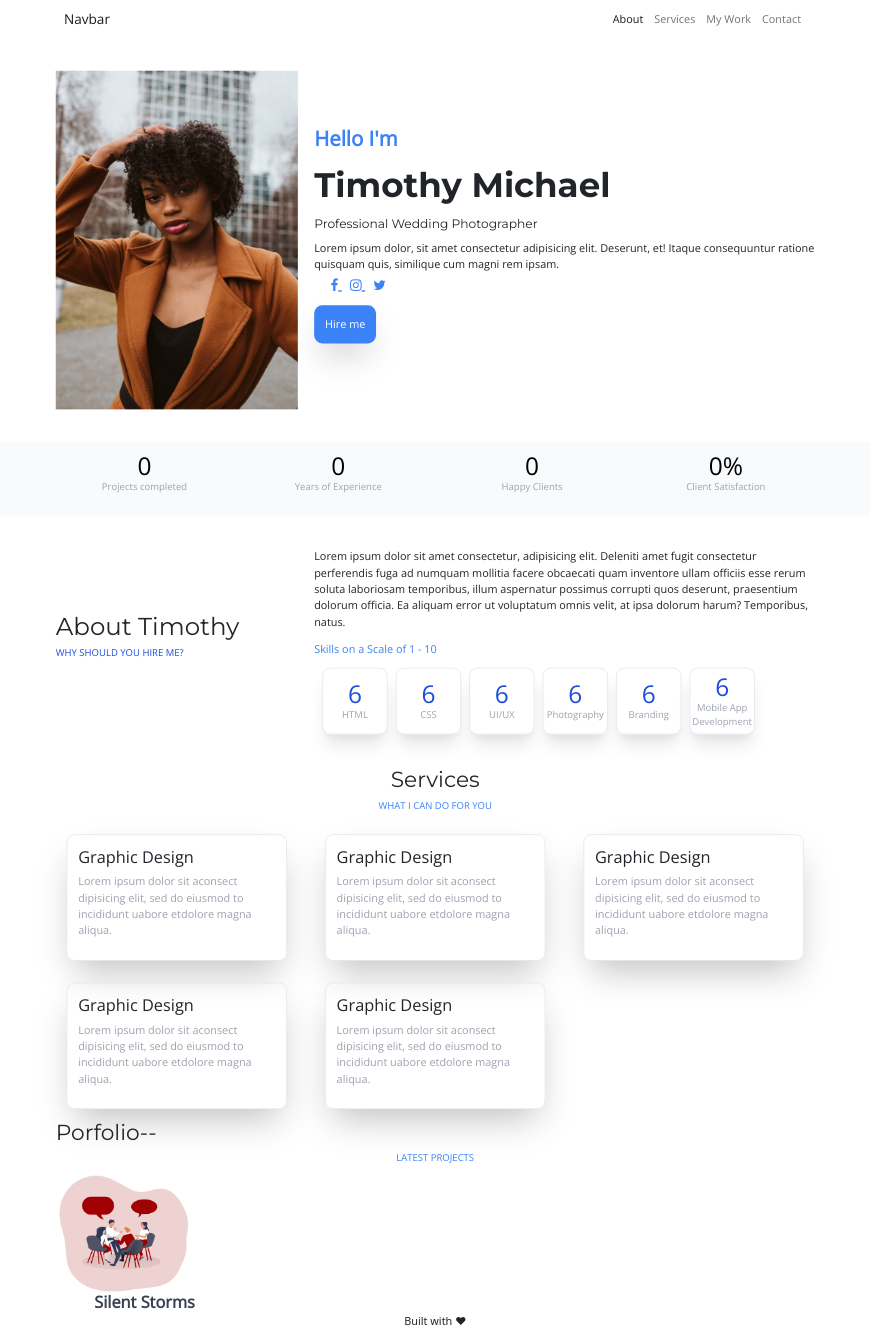
Repository: latenightsnacc/giggles
Page: HTML/freelancer.html
The author's editor kept a copy of each file at every save. The page is drawn from the files as they stood at one save, then again after the next save.
The browser window is 1280 px wide. The pictures show the whole page, at 68% of full size.
Some web libraries are served in a nearby version.

Above is the page before, as saved 2021-01-03 16:47:34.

### HTML/freelancer.html
<!DOCTYPE html>
<html lang="en">
<head>
    <meta charset="UTF-8">
    <meta name="viewport" content="width=device-width, initial-scale=1.0">
    <link href="https://cdnjs.cloudflare.com/ajax/libs/tailwindcss/2.0.2/tailwind.min.css" rel="stylesheet">
    <link rel="stylesheet" href="https://stackpath.bootstrapcdn.com/font-awesome/4.7.0/css/font-awesome.min.css" />
    <link href="https://cdn.jsdelivr.net/npm/bootstrap@5.0.0-beta1/dist/css/bootstrap.min.css" rel="stylesheet" integrity="sha384-giJF6kkoqNQ00vy+HMDP7azOuL0xtbfIcaT9wjKHr8RbDVddVHyTfAAsrekwKmP1" crossorigin="anonymous">
    <link rel="stylesheet" href="stylesheet.css">
    <title>Freelancer Page</title>
</head>
<body class="overflow-x-hidden">
    <header class="container">
        <nav class="navbar navbar-expand-lg navbar-light bg-white">
            <div class="container-fluid">
              <a class="navbar-brand" href="#">Navbar</a>
              <button class="navbar-toggler" type="button" data-bs-toggle="collapse" data-bs-target="#navbarNavDropdown" aria-controls="navbarNavDropdown" aria-expanded="false" aria-label="Toggle navigation">
                <span class="navbar-toggler-icon"></span>
              </button>
              <div class="collapse navbar-collapse" id="navbarNavDropdown">
                <ul class="navbar-nav ml-auto">
                  <li class="nav-item">
                    <a class="nav-link active" aria-current="page" href="#">About</a>
                  </li>
                  <li class="nav-item">
                    <a class="nav-link" href="#">Services</a>
                  </li>
                  <li class="nav-item">
                    <a class="nav-link" href="#">My Work</a>
                  </li>
                  <li class="nav-item">
                    <a class="nav-link" href="#">Contact</a>
                  </li>
                  <!-- <li class="nav-item dropdown">
                    <a class="nav-link dropdown-toggle" href="#" id="navbarDropdownMenuLink" role="button" data-bs-toggle="dropdown" aria-expanded="false">
                      Dropdown link
                    </a>
                    <ul class="dropdown-menu" aria-labelledby="navbarDropdownMenuLink">
                      <li><a class="dropdown-item" href="#">Action</a></li>
                      <li><a class="dropdown-item" href="#">Another action</a></li>
                      <li><a class="dropdown-item" href="#">Something else here</a></li>
                    </ul>
                  </li> -->
                </ul>
              </div>
            </div>
        </nav>
    </header>
    <main>
        <!--User Banner-->
        <div class="container mt-5">
            <div class="row flex items-center h-auto">
                <div class="col-sm-12 col-md-4 col-lg-4 col-xl-4">
                    <img src="assets/userDp.jpg" alt="Profile Picture">
                </div>
                <div class="col-sm-12 col-md-8 col-lg-8 col-xl-8">
                    <div class="user-info">
                        <span class="semi-bold text-blue-500 py-10">Hello I'm</span>
                        <h1>Timothy Michael</h1>
                        <h2>Professional Wedding Photographer</h2>
                        <p>Lorem ipsum dolor, sit amet consectetur adipisicing elit. Deserunt, et! Itaque consequuntur ratione quisquam quis, similique cum magni rem ipsam.</p>
                        <div class="container">
                            <a href="#" class="text-xl mr-auto text-blue-500 hover:text-blue-700">
                                <i class="fa fa-facebook-f"></i>
                            </a>
                            <a href="#" class="text-xl ml-3 text-blue-500 hover:text-blue-700">
                                <i class="fa fa-instagram"></i>
                            </a>
                            <a href="#" class="text-xl ml-3 text-blue-500 hover:text-blue-700">
                                <i class="fa fa-twitter"></i>
                            </a>
                        </div>
                        <button class="bg-blue-500 hover:bg-blue-700 text-white p-3 semi-bold rounded-xl shadow-2xl my-3">Hire me</button>
                    </div>
                </div>
            </div>
        </div>
        <!--User Statisitics-->
        <div class="stats w-full bg-gray-50 flex items-center h-auto py-3 mt-5">
            <div class="container">
                <div class="row">
                    <div class="stat-box col text-center">
                        <div class="bold text-4xl text-black">0</div>
                        <p class="text-sm text-gray-400">Projects completed</p>

                    </div>
                    <div class="stat-box col text-center">
                        <div class="bold text-4xl text-black">0</div>
                        <p class="text-sm text-gray-400">Years of Experience</p>
                    </div>
                    <div class="stat-box col text-center">
                        <div class="bold text-4xl text-black">0</div>
                        <p class="text-sm text-gray-400">Happy Clients</p>
                    </div>
                    <div class="stat-box col text-center">
                        <div class="bold text-4xl text-black">0%</div>
                        <p class="text-sm text-gray-400">Client Satisfaction</p>
                    </div>
                </div>
            </div>
        </div>
        <!--About User-->
        <div class="container">
            <div class="row h-auto flex flex-row items-center">
                <div class="col-sm-12 col-md-6 col-lg-4 col-xl-4 pt-5">
                    <h3 class="text-4xl">About Timothy</h3>
                    <p class="text-sm text-blue-700 uppercase semi-bold">Why should you hire me?</p>
                </div>
                <div class="col-sm-12 col-md-6 col-lg-8 col-xl-8 pt-5">
                    <p>Lorem ipsum dolor sit amet consectetur, adipisicing elit. Deleniti amet fugit consectetur perferendis fuga ad numquam mollitia facere obcaecati quam inventore ullam officiis esse rerum soluta laboriosam temporibus, illum aspernatur possimus corrupti quos deserunt, praesentium dolorum officia. Ea aliquam error ut voluptatum omnis velit, at ipsa dolorum harum? Temporibus, natus.</p>
                    <span class="bold text-blue-500">Skills on a Scale of 1 - 10</span>
                    <div class="d-flex flex-wrap">
                        <div class="skill-box shadow-xl max-w-sm w-24 p-2 ml-3 mt-3 border border-gray-100 rounded-xl flex flex-col items-center justify-center text-center">

                            <span class="text-blue-700 bold text-4xl">6</span>
                            <div class="text-sm text-gray-400">HTML</div>
                        </div>
                        <div class="skill-box shadow-xl max-w-sm w-24 p-2 ml-3 mt-3 border border-gray-100 rounded-xl flex flex-col items-center justify-center text-center">

                            <span class="text-blue-700 bold text-4xl">6</span>
                            <div class="text-sm text-gray-400">CSS</div>
                        </div>
                        <div class="skill-box shadow-xl max-w-sm w-24 p-2 ml-3 mt-3 border border-gray-100 rounded-xl flex flex-col items-center justify-center text-center">

                            <span class="text-blue-700 bold text-4xl">6</span>
                            <div class="text-sm text-gray-400">UI/UX</div>
                        </div>
                        <div class="skill-box shadow-xl max-w-sm w-24 p-2 ml-3 mt-3 border border-gray-100 rounded-xl flex flex-col items-center justify-center text-center">

                            <span class="text-blue-700 bold text-4xl">6</span>
                            <div class="text-sm text-gray-400">Photography</div>
                        </div>
                        <div class="skill-box shadow-xl max-w-sm w-24 p-2 ml-3 mt-3 border border-gray-100 rounded-xl flex flex-col items-center justify-center text-center">

                            <span class="text-blue-700 bold text-4xl">6</span>
                            <div class="text-sm text-gray-400">Branding</div>
                        </div>
                        <div class="skill-box shadow-xl max-w-sm w-24 p-2 ml-3 mt-3 border border-gray-100 rounded-xl flex flex-col items-center justify-center text-center">

                            <span class="text-blue-700 bold text-4xl">6</span>
                            <div class="text-sm text-gray-400">Mobile App Development</div>
                        </div>
                    </div>
                </div>
            </div>
        </div>
        <!--Services User Provides-->
        <div class="container mt-5">
            <h2 class="text-center">Services</h2>
            <p class="text-blue-500 text-sm uppercase text-center uppercase">What I can do for you</p>
            <div class="row">
                <div class="col-xs-12 col-sm-12 col-md-3 col-lg-3 col-xl-4">
                    <div class="max-w-sm shadow-2xl border border-blue-300 rounded-xl p-3 m-3 hover:bg-blue-500 hover:text-white">
                        <div class="service-title text-2xl bold  pb-2">Graphic Design</div>
                        <p class="text-md text-gray-400 hover:text-gray-50">Lorem ipsum dolor sit aconsect dipisicing elit, sed do eiusmod to incididunt uabore etdolore magna aliqua.</p>
                    </div>
                </div>
                <div class="col-xs-12 col-sm-12 col-md-3 col-lg-3 col-xl-4">
                    <div class="max-w-sm shadow-2xl border border-blue-300 rounded-xl p-3 m-3 hover:bg-blue-500 hover:text-white">
                        <div class="service-title text-2xl bold  pb-2">Graphic Design</div>
                        <p class="text-md text-gray-400 hover:text-gray-50">Lorem ipsum dolor sit aconsect dipisicing elit, sed do eiusmod to incididunt uabore etdolore magna aliqua.</p>
                    </div>
                </div>
                <div class="col-xs-12 col-sm-12 col-md-3 col-lg-3 col-xl-4">
                    <div class="max-w-sm shadow-2xl border border-blue-300 rounded-xl p-3 m-3 hover:bg-blue-500 hover:text-white">
                        <div class="service-title text-2xl bold  pb-2">Graphic Design</div>
                        <p class="text-md text-gray-400 hover:text-gray-50">Lorem ipsum dolor sit aconsect dipisicing elit, sed do eiusmod to incididunt uabore etdolore magna aliqua.</p>
                    </div>
                </div>
                <div class="col-xs-12 col-sm-12 col-md-3 col-lg-3 col-xl-4">
                    <div class="max-w-sm shadow-2xl border border-blue-300 rounded-xl p-3 m-3 hover:bg-blue-500 hover:text-white">
                        <div class="service-title text-2xl bold  pb-2">Graphic Design</div>
                        <p class="text-md text-gray-400 hover:text-gray-50">Lorem ipsum dolor sit aconsect dipisicing elit, sed do eiusmod to incididunt uabore etdolore magna aliqua.</p>
                    </div>
                </div>
                <div class="col-xs-12 col-sm-12 col-md-3 col-lg-3 col-xl-4">
                    <div class="max-w-sm shadow-2xl border border-blue-300 rounded-xl p-3 m-3 hover:bg-blue-500 hover:text-white">
                        <div class="service-title text-2xl bold  pb-2">Graphic Design</div>
                        <p class="text-md text-gray-400 hover:text-gray-50">Lorem ipsum dolor sit aconsect dipisicing elit, sed do eiusmod to incididunt uabore etdolore magna aliqua.</p>
                    </div>
                </div>
            </div>

        </div>
        <!--Gallery / User Porfolio-->
        <div class="container">
            <h2 class="">Porfolio--</h2>
            <p class="text-blue-500 text-sm uppercase text-center uppercase">Latest Projects</p>
            <div class="row">
                <div class="col-xs-12 col-sm-12 col-md-6 col-lg-3 col-xl-3">
                    <a href="#" class="no-underline text-center">
                        <img src="assets/brainstorming_session__monochromatic.jpg" alt="latest project" />
                        <div class="title-project text-gray-700 bold text-2xl  font-semibold hover:text-blue-500">Silent Storms</div>
                    </a>
                </div>
            </div>
        </div>
    </main>
    <footer class="text-center">Built with &hearts; </footer>
    <script src="https://cdn.jsdelivr.net/npm/bootstrap@5.0.0-beta1/dist/js/bootstrap.bundle.min.js" integrity="sha384-ygbV9kiqUc6oa4msXn9868pTtWMgiQaeYH7/t7LECLbyPA2x65Kgf80OJFdroafW" crossorigin="anonymous"></script>

</body>
</html>

### HTML/stylesheet.css
@import url('https://fonts.googleapis.com/css2?family=Montserrat:wght@400;700&family=Open+Sans:wght@300;400&display=swap');

h1, h2, h3, h4, h5, h6 {
    font-family: 'Montserrat', sans-serif;
}
.user-info h1 {
    line-height: 60px;
    font-size: 50px;
    font-weight: 700;
    margin-top: 20px;
}
.user-info h2 {
    line-height: 27px;
    font-size: 18px;
    font-weight: 400;
    margin-top: 15px;
}
.user-info span {
    line-height: 36px;
    font-size: 30px;
    font-weight: 600;
}
.user-info p {
    margin: 5px 0;
}
.user-info button {
    margin-top: 10px;
}
p, div, a, button {
    font-family: 'Open Sans', sans-serif;
    font-weight: 300;
}

After the next save:
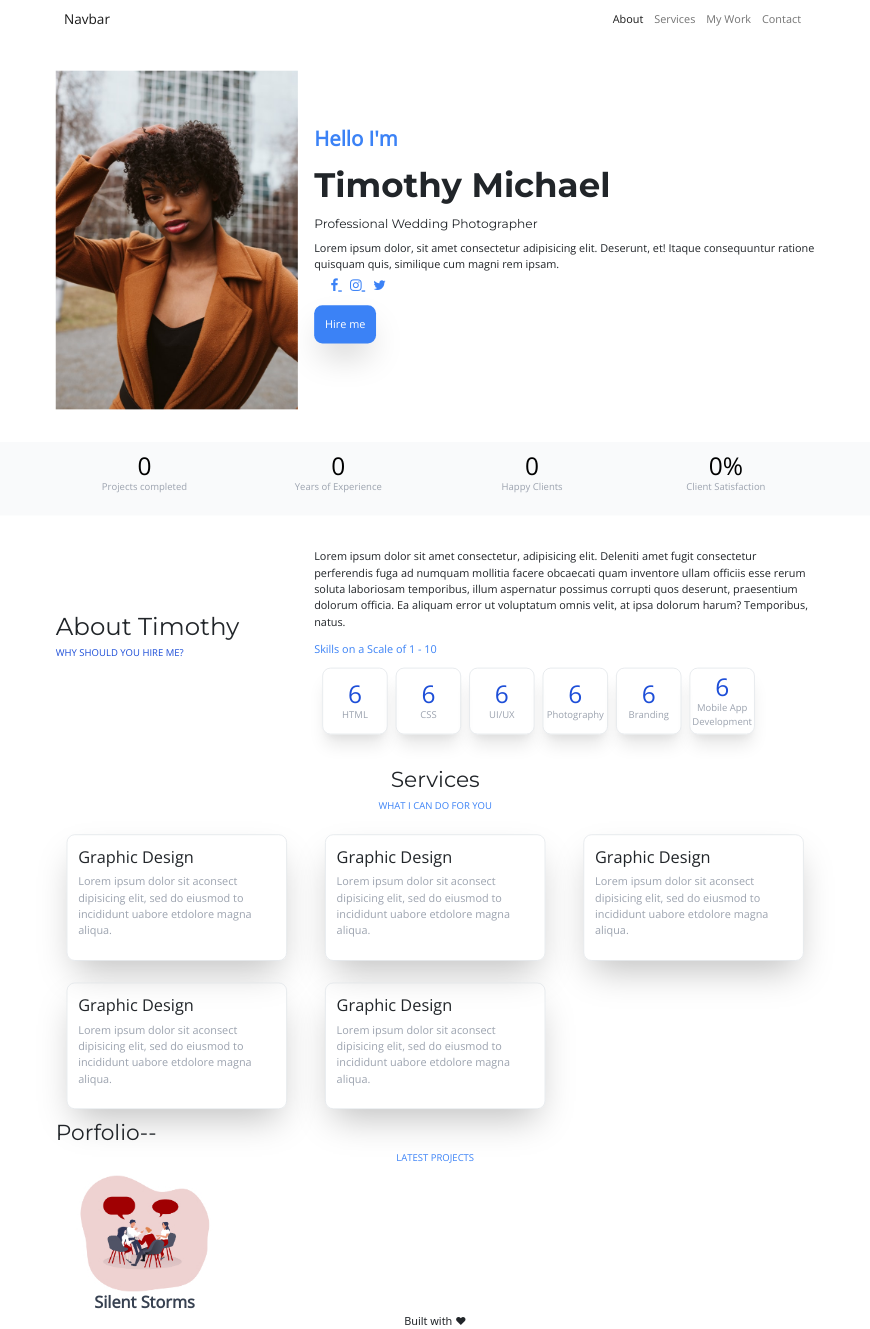
Saved 25 s later.
--- a/HTML/freelancer.html
+++ b/HTML/freelancer.html
@@ -188,7 +188,7 @@
             <p class="text-blue-500 text-sm uppercase text-center uppercase">Latest Projects</p>
             <div class="row">
                 <div class="col-xs-12 col-sm-12 col-md-6 col-lg-3 col-xl-3">
-                    <a href="#" class="no-underline text-center">
+                    <a href="#" class="no-underline text-center flex flex-col items-center">
                         <img src="assets/brainstorming_session__monochromatic.jpg" alt="latest project" />
                         <div class="title-project text-gray-700 bold text-2xl  font-semibold hover:text-blue-500">Silent Storms</div>
                     </a>
